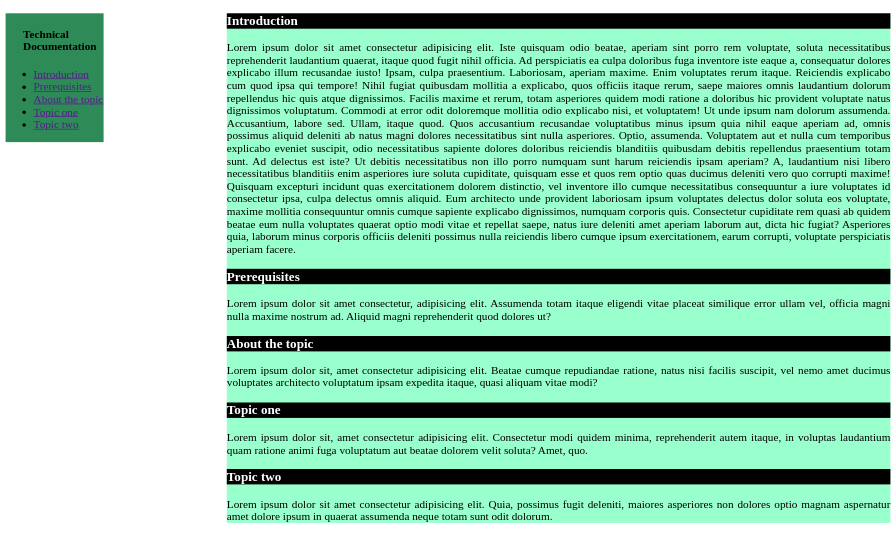
Repository: JoaoLemesDEV/Excercise-Tech-Documentation-Page
Page: index.html
These files come from the project's save history. The page is drawn as it stood at one moment and after a run of saves; the edit follows.
The browser window is 1280 px wide. The pictures show the part of the page from y = 0 to 1920 px (the page is 763 px tall before and 7917 px after), at 70% of full size.

Above is the page before, as saved 2021-10-03 20:50:03.

### index.html
<!DOCTYPE html>
<html lang="en">
  <head>
    <meta charset="UTF-8" />
    <meta http-equiv="X-UA-Compatible" content="IE=edge" />
    <meta name="viewport" content="width=device-width, initial-scale=1.0" />
    <title>Technical Documentaion</title>
    <link rel="stylesheet" href="index.css" />
  </head>
  <body>
    <div class="wrapper">
      <div id="menu">
        <h4 text-align="left">Technical<br />Documentation</h4>
        <nav>
          <ul>
            <li><a href="">Introduction</a></li>
            <li><a href="">Prerequisites</a></li>
            <li><a href="">About the topic</a></li>
            <li><a href="">Topic one</a></li>
            <li><a href="">Topic two</a></li>
          </ul>
        </nav>
      </div>
      <div id="contents">
        <section id="introduction">
          <h3 style="background: black; color: white">Introduction</h3>
          <p>
            Lorem ipsum dolor sit amet consectetur adipisicing elit. Iste
            quisquam odio beatae, aperiam sint porro rem voluptate, soluta
            necessitatibus reprehenderit laudantium quaerat, itaque quod fugit
            nihil officia. Ad perspiciatis ea culpa doloribus fuga inventore
            iste eaque a, consequatur dolores explicabo illum recusandae iusto!
            Ipsam, culpa praesentium. Laboriosam, aperiam maxime. Enim
            voluptates rerum itaque. Reiciendis explicabo cum quod ipsa qui
            tempore! Nihil fugiat quibusdam mollitia a explicabo, quos officiis
            itaque rerum, saepe maiores omnis laudantium dolorum repellendus hic
            quis atque dignissimos. Facilis maxime et rerum, totam asperiores
            quidem modi ratione a doloribus hic provident voluptate natus
            dignissimos voluptatum. Commodi at error odit doloremque mollitia
            odio explicabo nisi, et voluptatem! Ut unde ipsum nam dolorum
            assumenda. Accusantium, labore sed. Ullam, itaque quod. Quos
            accusantium recusandae voluptatibus minus ipsum quia nihil eaque
            aperiam ad, omnis possimus aliquid deleniti ab natus magni dolores
            necessitatibus sint nulla asperiores. Optio, assumenda. Voluptatem
            aut et nulla cum temporibus explicabo eveniet suscipit, odio
            necessitatibus sapiente dolores doloribus reiciendis blanditiis
            quibusdam debitis repellendus praesentium totam sunt. Ad delectus
            est iste? Ut debitis necessitatibus non illo porro numquam sunt
            harum reiciendis ipsam aperiam? A, laudantium nisi libero
            necessitatibus blanditiis enim asperiores iure soluta cupiditate,
            quisquam esse et quos rem optio quas ducimus deleniti vero quo
            corrupti maxime! Quisquam excepturi incidunt quas exercitationem
            dolorem distinctio, vel inventore illo cumque necessitatibus
            consequuntur a iure voluptates id consectetur ipsa, culpa delectus
            omnis aliquid. Eum architecto unde provident laboriosam ipsum
            voluptates delectus dolor soluta eos voluptate, maxime mollitia
            consequuntur omnis cumque sapiente explicabo dignissimos, numquam
            corporis quis. Consectetur cupiditate rem quasi ab quidem beatae eum
            nulla voluptates quaerat optio modi vitae et repellat saepe, natus
            iure deleniti amet aperiam laborum aut, dicta hic fugiat? Asperiores
            quia, laborum minus corporis officiis deleniti possimus nulla
            reiciendis libero cumque ipsum exercitationem, earum corrupti,
            voluptate perspiciatis aperiam facere.
          </p>
        </section>
        <section id="Prerequisites">
          <h3 style="background: black; color: white">Prerequisites</h3>
          <p>
            Lorem ipsum dolor sit amet consectetur, adipisicing elit. Assumenda
            totam itaque eligendi vitae placeat similique error ullam vel,
            officia magni nulla maxime nostrum ad. Aliquid magni reprehenderit
            quod dolores ut?
          </p>
        </section>
        <section id="about the topic">
          <h3 style="background: black; color: white">About the topic</h3>
          <p>
            Lorem ipsum dolor sit, amet consectetur adipisicing elit. Beatae
            cumque repudiandae ratione, natus nisi facilis suscipit, vel nemo
            amet ducimus voluptates architecto voluptatum ipsam expedita itaque,
            quasi aliquam vitae modi?
          </p>
        </section>
        <section id="topic one">
          <h3 style="background: black; color: white">Topic one</h3>
          <p>
            Lorem ipsum dolor sit, amet consectetur adipisicing elit.
            Consectetur modi quidem minima, reprehenderit autem itaque, in
            voluptas laudantium quam ratione animi fuga voluptatum aut beatae
            dolorem velit soluta? Amet, quo.
          </p>
        </section>
        <section id="topic two">
          <h3 style="background: black; color: white">Topic two</h3>
          <p>
            Lorem ipsum dolor sit amet consectetur adipisicing elit. Quia,
            possimus fugit deleniti, maiores asperiores non dolores optio magnam
            aspernatur amet dolore ipsum in quaerat assumenda neque totam sunt
            odit dolorum.
          </p>
        </section>
      </div>
    </div>
  </body>
</html>

### index.css
#menu{
float: left;
background-color: seagreen;

}

#menu h4{
margin-left: 25px;
}

#contents{
	margin-left: 25%;
	background: #9FC;
  text-align: justify;
}

After the next 6 saves:
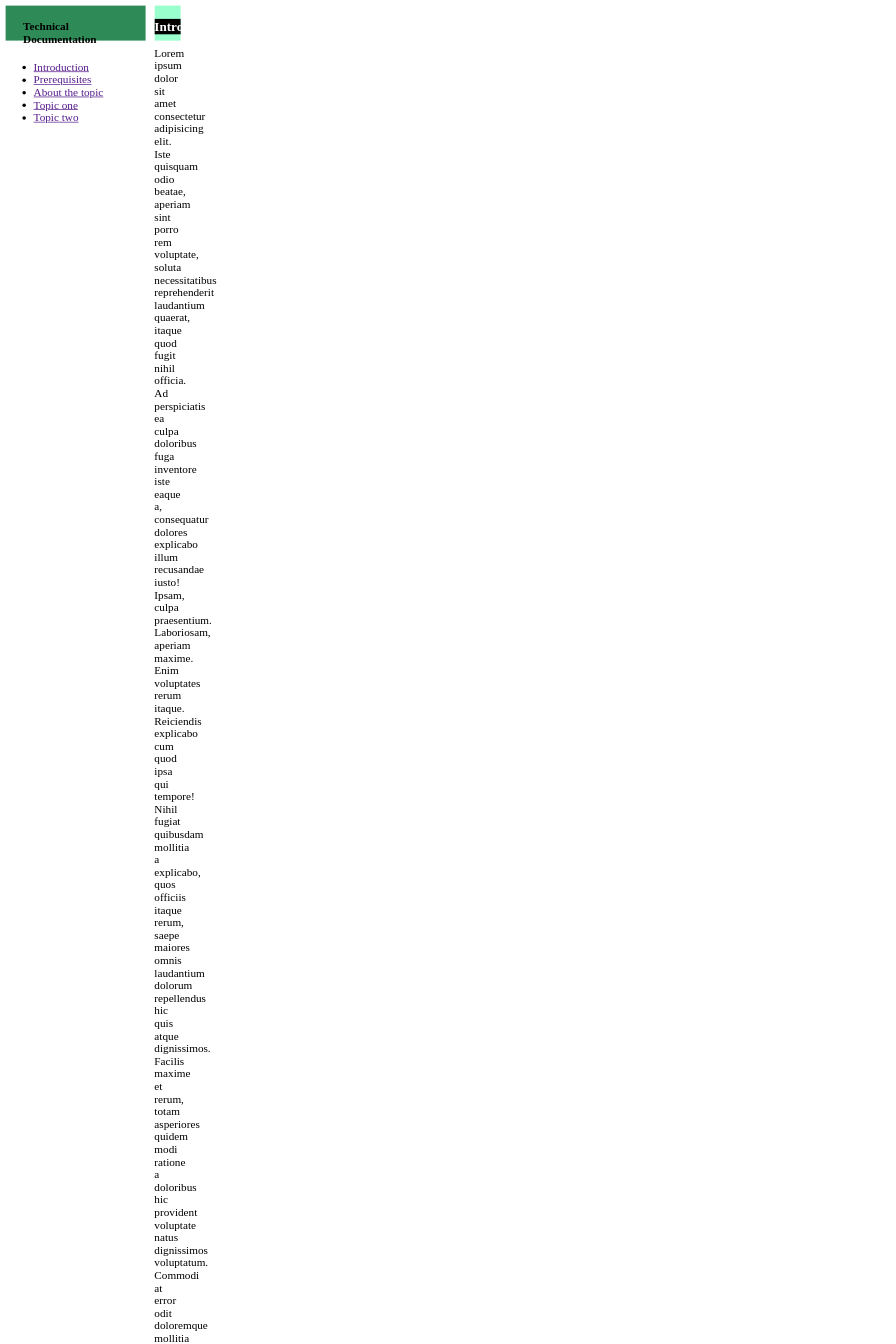
The 6 saves are shown as one change because they came seconds apart.
The last was saved 46 s later.
--- a/index.css
+++ b/index.css
@@ -2,6 +2,12 @@
 float: left;
 background-color: seagreen;
 
+}
+
+.wrapper {
+    display: grid;
+    grid-template-columns: 200px 50px 100px;
+    grid-template-rows: 50px 50px;
 }
 
 #menu h4{
